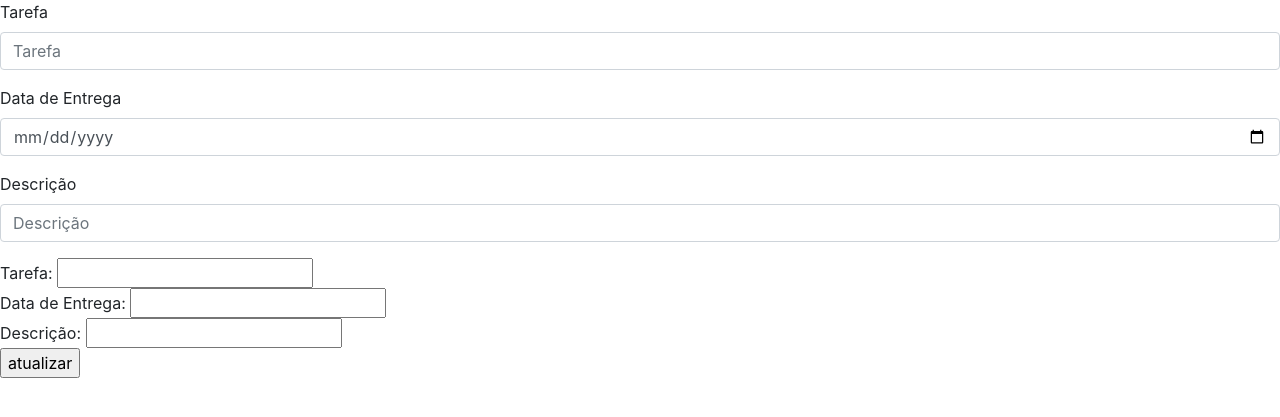
Repository: sophiaks/CRUD
Page: http://localhost/Projeto1/Views/atualiza.jsp
These files come from the project's save history. The page is drawn as it stood at one moment and after the next save; the edit follows.
The browser window is 1280 px wide. The pictures show the whole page.
The page is served by Tomcat 9. Nobody is signed in. The application's start-up code is not run.

Above is the page before, as saved 2020-09-23 19:34:39.

After the next save:
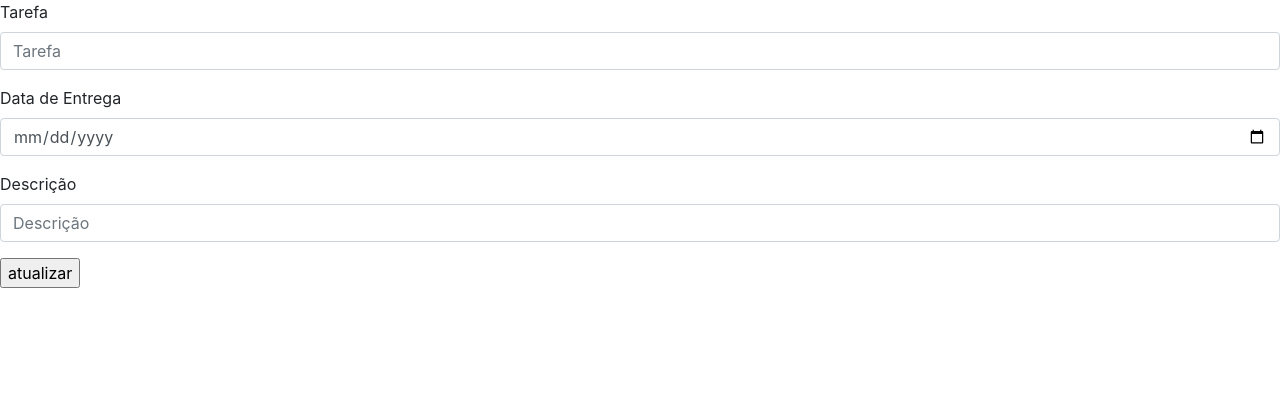
Saved 34 s later.
--- a/WorkspaceP1/Projeto1/WebContent/Views/atualiza.jsp
+++ b/WorkspaceP1/Projeto1/WebContent/Views/atualiza.jsp
@@ -33,11 +33,9 @@
 	</div>
 
 
-		Tarefa: <input type='text' name='nome' value='${param.nome}'><br>
-		Data de Entrega: <input type='text' name='entrega' value='${param.entrega}'><br>
-		Descrição: <input type='text' name='descricao' value='${param.descricao}'><br>
-		<input type='hidden' name='id' value='${param.id}'>
-		<input type='submit' value='atualizar'>
+	<input type='hidden' name='id' value='${param.id}'>
+
+	<input type='submit' value='atualizar'>
 	</form>
 </body>
 </html>
